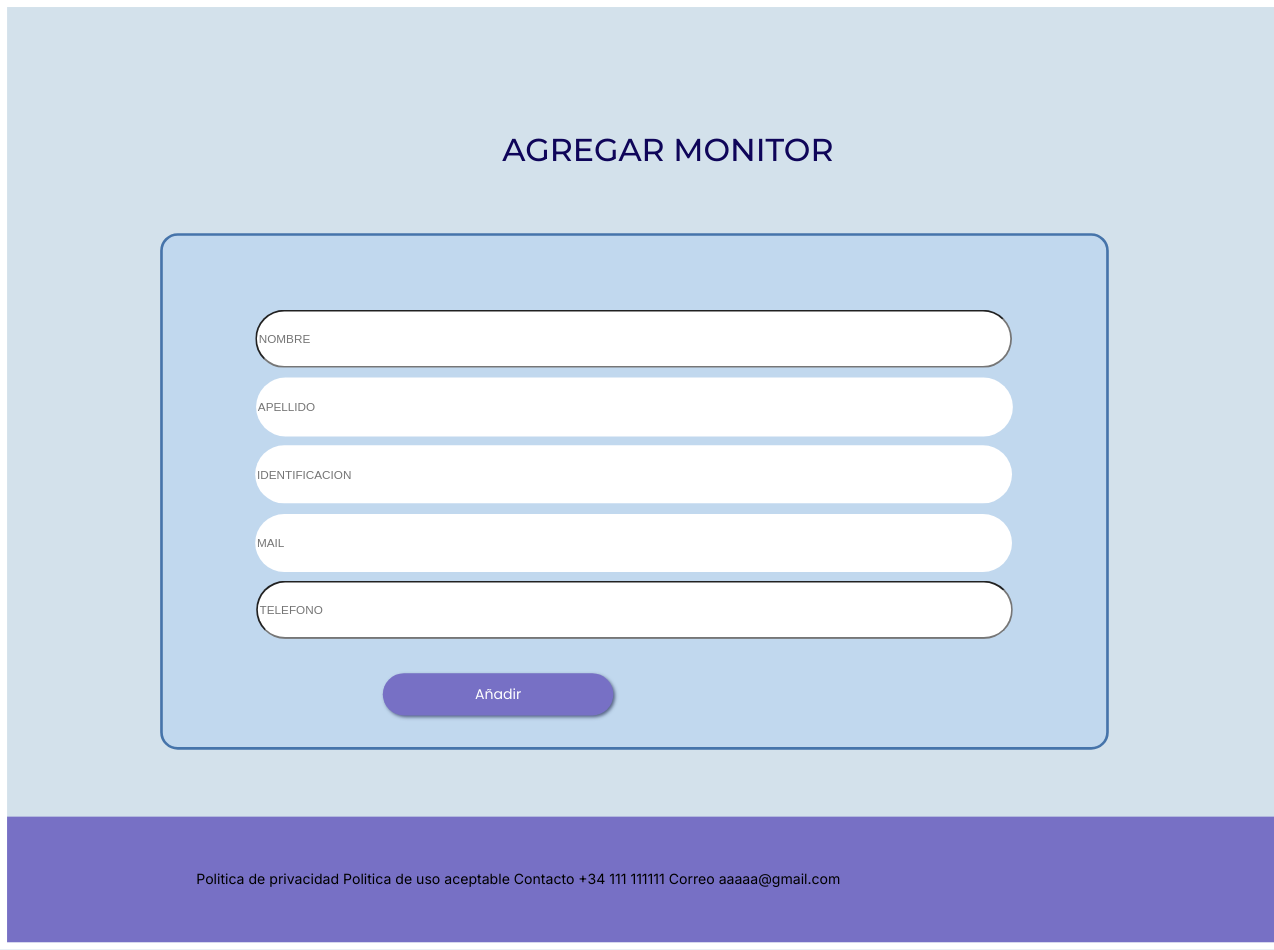
Repository: maariadomiingo/Proyecto-Integrador-Campamento
Page: html/agregarMonitor.html
The author's editor kept a copy of each file at every save. The page is drawn from the files as they stood at one save, then again after the next save.
The browser window is 1280 px wide. The page is 1448 px wide, so the pictures cover 1448 px, including what lies to the right of the window. The pictures show the whole page, at 88% of full size.

Above is the page before, as saved 2025-02-12 19:12:09.

After the next save:
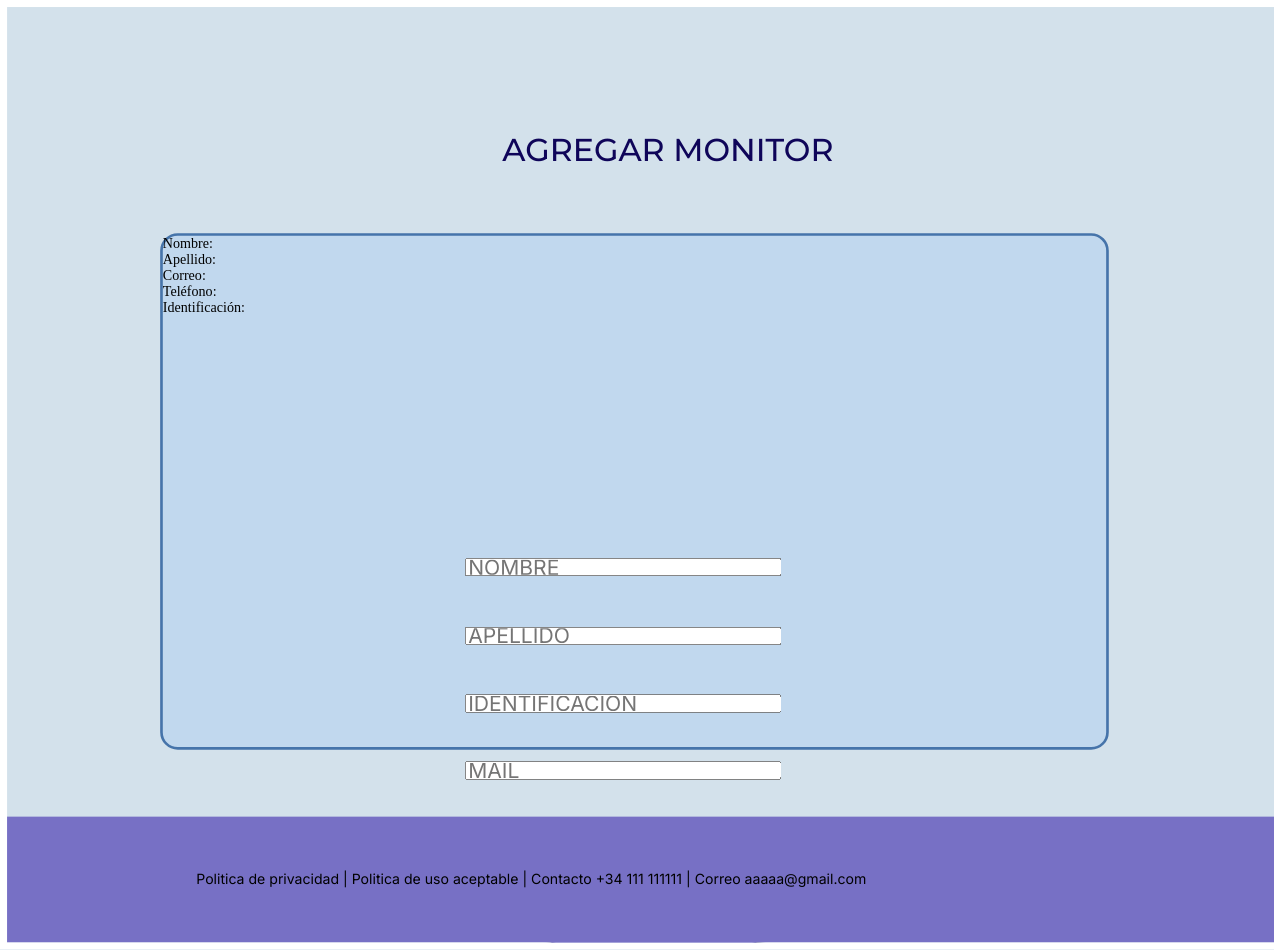
Saved 4 min 24 s later.
--- a/html/agregarMonitor.html
+++ b/html/agregarMonitor.html
@@ -1,39 +1,59 @@
 <!DOCTYPE html>
 <html lang="en">
-  <head>
+<head>
     <meta charset="UTF-8" />
     <meta name="viewport" content="width=device-width, initial-scale=1.0" />
-    <title>Ahregar Monitor</title>
+    <title>Agregar Monitor</title>
     <link rel="stylesheet" href="https://fonts.googleapis.com/css2?family=Montserrat:wght@500&display=swap" />
-<link rel="stylesheet" href="https://fonts.googleapis.com/css2?family=Poppins:wght@400&display=swap" />
-<link rel="stylesheet" href="https://fonts.googleapis.com/css2?family=Inter:wght@400&display=swap" />
+    <link rel="stylesheet" href="https://fonts.googleapis.com/css2?family=Poppins:wght@400&display=swap" />
+    <link rel="stylesheet" href="https://fonts.googleapis.com/css2?family=Inter:wght@400&display=swap" />
     <link rel="stylesheet" href="../css/agregarMonitor.css" />
-  </head>
-  <body>
+</head>
+<body>
     <div class="main-container">
-      <span class="span">AGREGAR MONITOR</span>
-      <div class="fondo">
-<!-- LOGO-->
-<img src="../img/logo sin fondo.png" class="logo" />
+        <span class="span">AGREGAR MONITOR</span>
+        <div class="fondo">
+            <!-- LOGO-->
+            <img src="../img/logo sin fondo.png" class="logo" />
 
-<div class="caja-azul">
+            <div class="caja-azul">
+                <form class="form-container">
+                    <div class="form-group">
+                        <label for="nombre">Nombre:</label>
+                        <input type="text" id="nombre" class="nombre" name="nombre" placeholder="NOMBRE">
+                    </div>
 
-</div>
+                    <div class="form-group">
+                        <label for="apellido">Apellido:</label>
+                        <input type="text" id="apellido" class="apellido" name="apellido" placeholder="APELLIDO">
+                    </div>
 
-      </div>
+                    <div class="form-group">
+                        <label for="mail">Correo:</label>
+                        <input type="email" id="mail" class="mail" name="mail" placeholder="MAIL">
+                    </div>
 
-<!--       cambiarnombre class: nombre, apellido,mail,telefono,identificacion en html y css
- -->      <input type="text" class="rectangle-6" name="nombre" placeholder="NOMBRE">
-      <input type="text" class="rectangle-7" name="apellido" placeholder="APELLIDO">
-      <input type="email" class="rectangle-button-8" name="mail" placeholder="MAIL">
-      <input type="text" class="rectangle-9" name="telefono" placeholder="TELEFONO">
-      <input type="text" class="rectangle-button" name="IDENTIFICACION" placeholder="IDENTIFICACION">
+                    <div class="form-group">
+                        <label for="telefono">Teléfono:</label>
+                        <input type="text" id="telefono" class="telefono" name="telefono" placeholder="TELEFONO">
+                    </div>
 
-      <button class="primary-buttons">
-        <span class="button">Añadir</span>
-      </button>
-      <div class="rectangle-a"></div>
-      <span class="politica-de-privacidad">Politica de privacidad Politica de uso aceptable Contacto +34 111 111111 Correo aaaaa@gmail.com</span>
+                    <div class="form-group">
+                        <label for="identificacion">Identificación:</label>
+                        <input type="text" id="identificacion" class="identificacion" name="identificacion" placeholder="IDENTIFICACION">
+                    </div>
+
+                    <button class="primary-buttons">
+                        <span class="button">Añadir</span>
+                    </button>
+                </form>
+            </div>
+        </div>
+
+        <div class="rectangle-a"></div>
+        <span class="politica-de-privacidad">
+            Politica de privacidad | Politica de uso aceptable | Contacto +34 111 111111 | Correo aaaaa@gmail.com
+        </span>
     </div>
-  </body>
+</body>
 </html>
